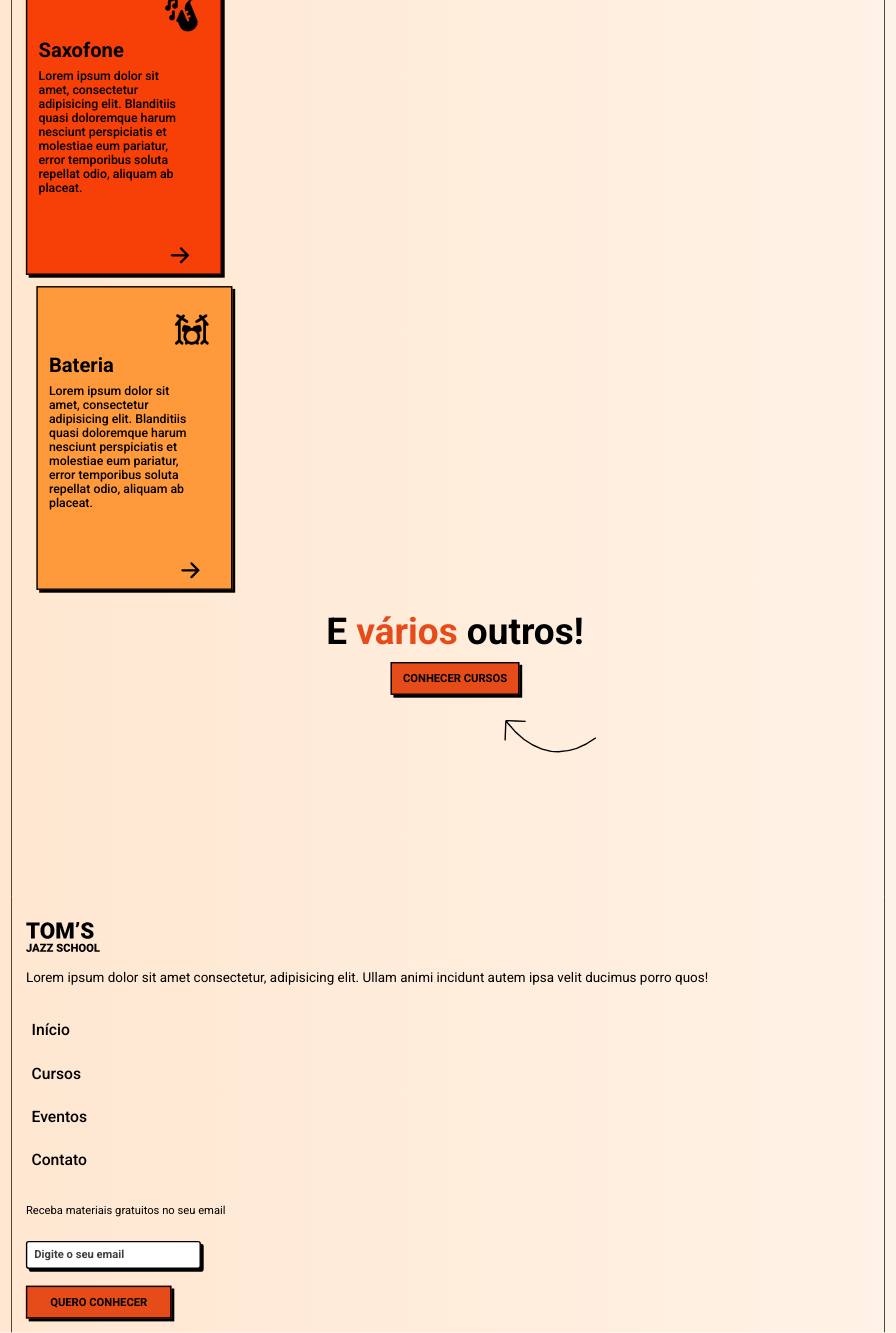
Repository: guilhermecardoso93/obebitecode
Page: index.html
These files come from the project's save history. The page is drawn as it stood at one moment and after the next save; the edit follows.
The browser window is 1280 px wide. The pictures show the part of the page from y = 2434 to 4354 px (the page is 4338 px tall before and 4354 px after), at 70% of full size.

Above is the page before, as saved 2023-08-16 20:50:34.

After the next save:
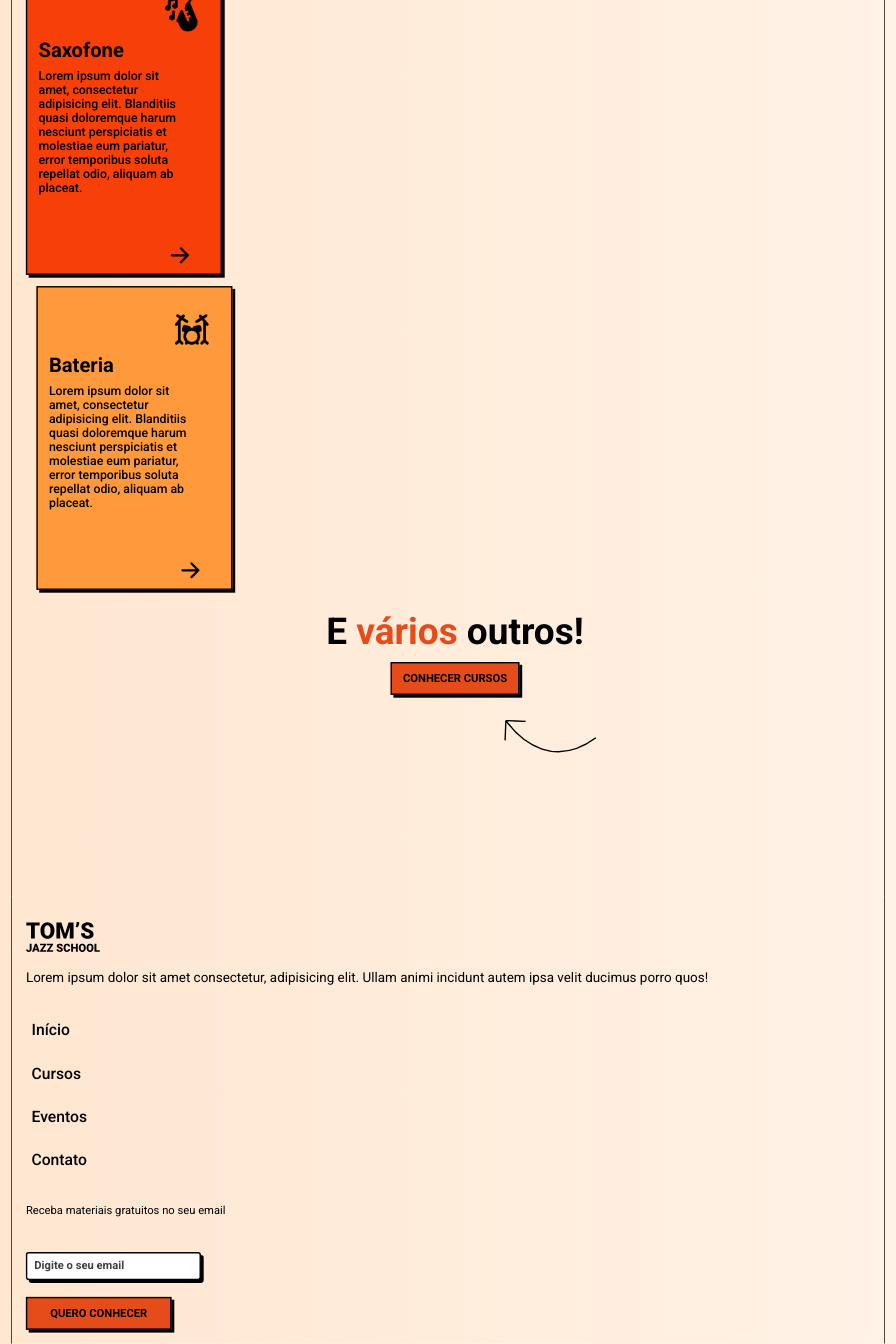
Saved 21 s later.
--- a/index.html
+++ b/index.html
@@ -118,7 +118,7 @@
             <a href="#eventos">Eventos</a>
             <a href="#contato">Contato</a>
           </nav>
-            <label>Receba materiais gratuitos no seu email</label>
+            <label for="email" class="mb-1">Receba materiais gratuitos no seu email</label>
             <form action="/">
               <input type="email" placeholder="Digite o seu email">
               <a href="/" class="subscribeButton btn-footer">quero conhecer</a>
